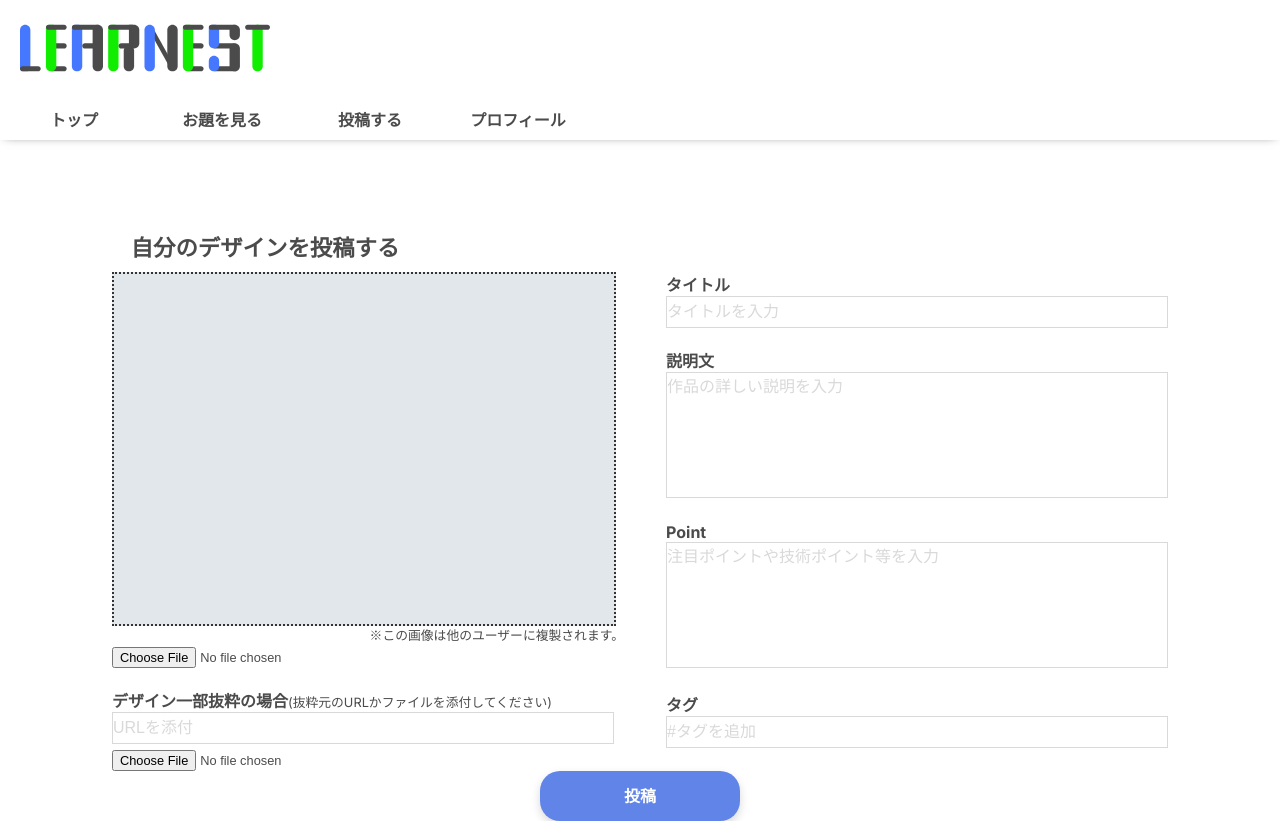
Repository: KawakamiAyaka/Learnest
Page: /inputPost
These files come from the project's save history. The page is drawn as it stood at one moment and after the next save; the edit follows.
The browser window is 1280 px wide. The pictures show the whole page.
The project was rebuilt for these pictures with package versions that can differ from the ones it lists, and the page was loaded fresh each time. The framework's server and built-in components were replaced by stand-ins that run in the browser. Also part of the build but not shown: next.config.mjs.

Above is the page before, as saved 2024-07-12 23:33:08.

### src/app/layout.tsx
import type { Metadata } from "next";
import { Inter } from "next/font/google";
import "./globals.css";
import Header from "@/Components/Header/Header";


const inter = Inter({ subsets: ["latin"] });

export const metadata: Metadata = {
  title: "learnest",
  description: "Generated by create next app",
};

export default function RootLayout({
  children,
}: Readonly<{
  children: React.ReactNode;
}>) {
  return (
    <html lang="ja">
      <body className={inter.className}>
        < Header/>
        {children}
      </body>
    </html>
  );
}

### src/app/inputPost/page.tsx
import style from "@/app/inputPost/inputPost.module.scss"
import Link from "next/link"


export default function inputPost() {
    return (
        <>
            <main className={style.input}>
                <h2 className={style.Title}>自分のデザインを投稿する</h2>
                <div className={style.inputWrap}>
                    <div>
                        <div className={style.inputFile}>
                            <p className={style.Notes}>※この画像は他のユーザーに複製されます。</p>
                        </div>
                        <input className={style.selectFile}type="file" />
                        <div className={style.ExcerptWrap}>
                            <h3>デザイン一部抜粋の場合<span>(抜粋元のURLかファイルを添付してください)</span></h3>
                            <input className={style.inputUrl} type="url" placeholder="URLを添付" name="URL"/>
                        </div>
                            <input className={style.selectFile} type="file" />
                    </div>
                    <div>
                        <h3>タイトル</h3>
                        <input className={style.inputTitle} type="text" placeholder="タイトルを入力" name="title"/>
                        <h3>説明文</h3>
                        <textarea className={style.explanation}  placeholder="作品の詳しい説明を入力" name="explanation"/>
                        <h3>Point</h3>
                        <textarea className={style.Point} placeholder="注目ポイントや技術ポイント等を入力"/>
                        <h3>タグ</h3>
                        <input className={style.tag} type="text" placeholder="#タグを追加"/>
                    </div>
                </div>
                <Link href="/" className={style.PostBtn}>投稿</Link>
            </main>
        </>
    )
}

### src/app/globals.css
*{
  margin: 0;
  padding: 0;
  font-size: 16px;
  user-select: none;
  color: #4B4B4B;
  text-decoration: none;
}

### src/Components/Header/Header.tsx
// 'use client';
import Image from 'next/image'
import style from "@/Components/Header/Header.module.scss"
import Link from 'next/link';

export default function Header(){
    return(
        <>
            <header className={style.header}>
                <Image
                style={{marginLeft:'20px'}}
                src="LearnestLogo.svg"
                width={250}
                height={96}
                alt="larnestのロゴ"
                />
                <nav>
                    <ul style={{
                            display:'flex',
                            listStyleType:'none'
                        }}>
                        <li style={{
                                margin:'0 10px',
                                width:'8rem',
                                height:'2.5rem',
                                textAlign:'center',
                                lineHeight:'2.5rem'
                            }}>
                            <Link href="/"
                                style={{
                                    position:'relative',
                                    textDecoration:'none',
                                    fontWeight:'bold'
                                }}
                                className={style.Link}>トップ</Link>
                        </li>
                        <li style={{
                                margin:'0 10px',
                                width:'8rem',
                                height:'2.5rem',
                                textAlign:'center',
                                lineHeight:'2.5rem'
                            }}>
                            <Link href="/themaPost"
                                style={{
                                    position:'relative',
                                    textDecoration:'none',
                                    fontWeight:'bold'
                                }}
                                className={style.Link}>お題を見る</Link>
                        </li>
                        <li style={{
                                margin:'0 10px',
                                width:'8rem',
                                height:'2.5rem',
                                textAlign:'center',
                                lineHeight:'2.5rem'
                            }}>
                            <Link href="/inputPost"
                                style={{
                                    position:'relative',
                                    textDecoration:'none',
                                    fontWeight:'bold'
                                }}
                                className={style.Link}>投稿する</Link>
                        </li>
                        <li style={{
                                margin:'0 10px',
                                width:'8rem',
                                height:'2.5rem',
                                textAlign:'center',
                                lineHeight:'2.5rem'
                            }}>
                            <Link href="/profile"
                                style={{
                                    position:'relative',
                                    textDecoration:'none',
                                    fontWeight:'bold'
                                }}
                                className={style.Link}>プロフィール</Link>
                        </li>
                    </ul>
                </nav>
            </header>
        </>
    )
}

### src/app/inputPost/inputPost.module.scss
.input{
    margin-top: 90px;
    display: flex;
    flex-flow: column;
    justify-content: center;
    align-items: center;

    .Title{
        font-size: 1.4rem;
        margin-bottom: 10px;
        margin-left: -750px;
    }

    .inputWrap{
        display: flex;
        gap: 50px;

        .inputFile{
            background: #E2E7EC;
            width: 500px;
            height: 350px;
            border: dotted 2px #333;
            position: relative;
            margin-bottom: 20px;

            .Notes{
                position: absolute;
                bottom: -20px;
                right: -10px;
                font-size: 0.8rem;
            }
        }

        .selectFile{
            font-size: 0.8rem;
        }

        .ExcerptWrap{
            margin: 20px 0 5px 0;
            h3{
                span{
                    font-size: 0.8rem;
                    font-weight: normal;
                }
            }
            .inputUrl{
                width: 500px;
                height: 30px;
                border: #d9d9d9 1px solid;
                font-weight: normal;

            }
            .inputUrl::placeholder {
                color: #d9d9d9;
            }

            .inputUrl:focus::placeholder {
                color: transparent;
            }
        }
        .inputTitle{
            width: 500px;
            height: 30px;
            margin-bottom: 20px;
            border: #d9d9d9 1px solid;
            font-weight: normal;

        }
        .inputTitle::placeholder {
            color: #d9d9d9;
        }

        .inputTitle:focus::placeholder {
            color: transparent;
        }

        .explanation{
            width: 500px;
            height: 124px;
            margin-bottom: 20px;
            border: #d9d9d9 1px solid;

        }
        .explanation::placeholder {
            color: #d9d9d9;
        }

        .explanation:focus::placeholder {
            color: transparent;
        }

        .Point{
            width: 500px;
            height: 124px;
            margin-bottom: 20px;
            border: #d9d9d9 1px solid;

        }
        .Point::placeholder {
            color: #d9d9d9;
        }

        .Point:focus::placeholder {
            color: transparent;
        }

        textarea{
            resize: none;
        }

        .tag{
            width: 500px;
            height: 30px;
            margin-bottom: 20px;
            border: #d9d9d9 1px solid;

        }
        .tag::placeholder {
            color: #d9d9d9;
        }

        .tag:focus::placeholder {
            color: transparent;
        }
    }
    .PostBtn{
        width: 200px;
        height: 50px;
        background: #6084E7;
        color: #fff;
        font-weight: bold;
        border-radius: 20px;
        border: none;
        box-shadow: 0 4px 10px  #d9d9d9;
        transition: .3s;
        text-align: center;
        line-height: 50px;

        &:hover{
            background: #fff;
            color: #6084E7;
        }
    }
}

### src/Components/Header/Header.module.scss
.header{
    // background:"white";
    // boxShadow:'0px 0px 10px -5px #777777',
    // width:'100%',
    // height:'10vh',
    // position:'fixed',
    // zIndex:'1000'
    // top:"0";
    // display: flex;
    // alignItems: center;
    // justifyContent: space-between;
    background: #fff;
    box-shadow: 0px 0px 10px -5px #333;
    }

.Link{
    &::after{
        position: absolute;
        bottom: -5px;
        left: 0;
        content: "";
        width: 100%;
        height: 3px;
        background: #6084E7;
        // border-radius: 50vh;
        transform: scaleX(0);
        transform-origin: center top;
        transition: transform 0.3s;
    }

    &:hover::after{
        transform: scaleX(1);
        transform-origin: center top;
    }
}

After the next save:
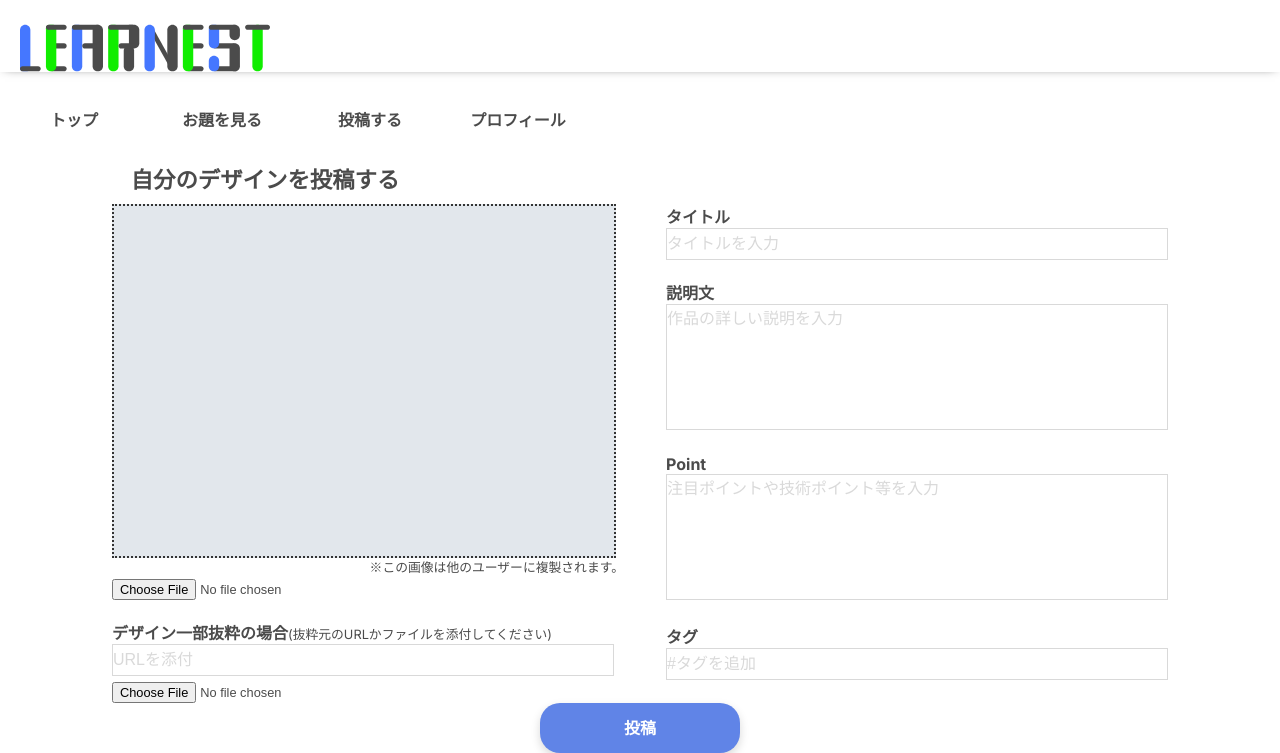
Saved 18 s later.
--- a/src/Components/Header/Header.module.scss
+++ b/src/Components/Header/Header.module.scss
@@ -11,6 +11,9 @@
     // justifyContent: space-between;
     background: #fff;
     box-shadow: 0px 0px 10px -5px #333;
+    width: 100%;
+    height: 10vh;
+
     }
 
 .Link{
